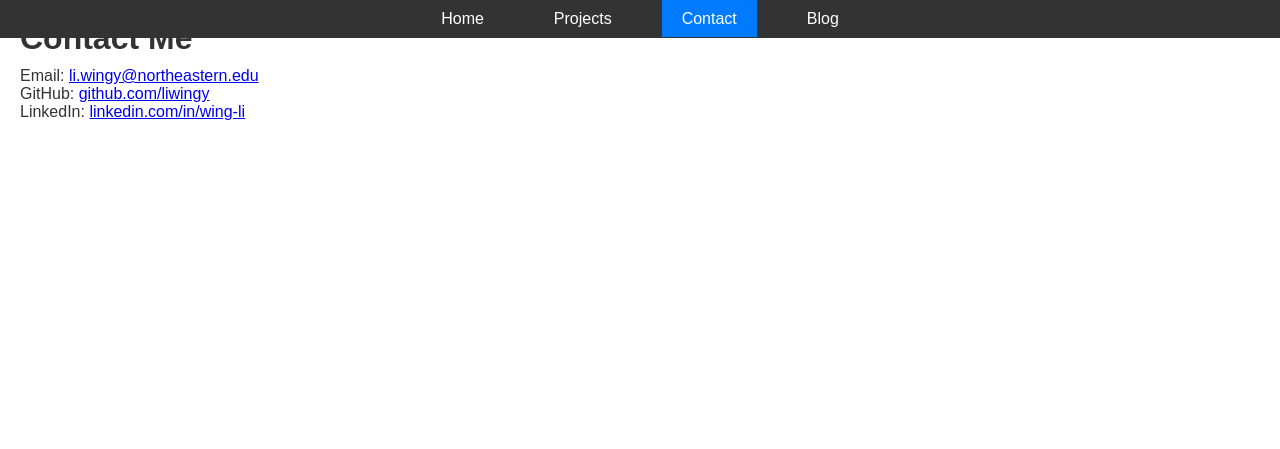
Repository: liwingy/cs5610_fall24_project1
Page: contact.html
The author's editor kept a copy of each file at every save. The page is drawn from the files as they stood at one save, then again after the next save.
The browser window is 1280 px wide. The pictures show the whole page.

Above is the page before, as saved 2024-10-07 15:13:55.

### contact.html
<!DOCTYPE html>
<html lang="en">
<head>
    <meta charset="UTF-8">
    <meta name="viewport" content="width=device-width, initial-scale=1.0">
    <title>Wing Yee Li | Contact</title>
    <link rel="stylesheet" href="style.css">
</head>
<body>
    <nav>
        <ul>
            <li><a href="homepage.html">Home</a></li>
            <li><a href="projects.html">Projects</a></li>
            <li><a href="contact.html" class="active">Contact</a></li>
            <li><a href="blog.html">Blog</a></li>
        </ul>
    </nav>
    <section class="contact">
        <h2>Contact Me</h2>
        <p>Email: <a href="mailto:li.wingy@northeastern.edu">li.wingy@northeastern.edu</a></p>
        <p>GitHub: <a href="https://github.com/liwingy" target="_blank">github.com/liwingy</a></p>
        <p>LinkedIn: <a href="https://linkedin.com/in/wing-li" target="_blank">linkedin.com/in/wing-li</a></p>
    </section>
</body>
</html>

### style.css
* {
    margin: 0;
    padding: 0;
    box-sizing: border-box;
    font-family: 'Arial', sans-serif;
}

body, html {
    height: 100%;
    margin: 0;
}

body {
    background-color: rgb(255, 255, 255);
    color: #333;
    display: flex;
    flex-direction: column;   /* Stack the content vertically */
    height: 100vh;            /* Make sure the body takes up the full viewport height */
}

main {
    display: flex;
    justify-content: center;
    align-items: center;
    flex-direction: column;
    height: 100%;
}

header {
    text-align: center;
}

.profile-pic {
    max-width: 150px;        /* Image will not exceed 150px width */
    height: auto;            /* Maintain aspect ratio */
    border-radius: 50%;
    display: block;
    margin: 20px auto;
}

nav {
    width: 100%;              /* Full width navigation bar */
    background-color: #333;    /* Background color for the navbar */
    position: fixed;          /* Keep the navbar fixed at the top */
    top: 0;
    left: 0;
    padding: 10px 0;          /* Add some padding for spacing */
    z-index: 1;               /* Ensure the navbar stays above other content */
}

nav ul {
    list-style: none;
    display: flex;            /* Display the list items in a row */
    justify-content: center;  /* Center the list items horizontally */
    margin: 0;
    padding: 0;
}

nav ul li {
    margin: 0 15px;           /* Space between each nav item */
}

nav ul li a {
    color: #fff;
    text-decoration: none;
    padding: 10px 20px;       /* Add padding around each link */
    transition: background-color 0.3s;
}

nav ul li a:hover {
    background-color: #555;   /* Change background color on hover */
}

.active {
    background-color: #007BFF; /* Style for the active page link */
}

h1 {
    font-size: 2.5rem;
    margin-top: 60px;        /* Add space from the navbar */
}

.about-me, .projects, .contact, .blog {
    margin: 20px;
}

h2 {
    font-size: 2rem;
    margin-bottom: 10px;
}

/* Responsive design */
@media screen and (max-width: 768px) {
    nav ul {
        flex-direction: column;  /* Stack the navbar links vertically on small screens */
        align-items: center;
    }

    nav ul li {
        margin: 10px 0;          /* Space out vertically in mobile view */
    }

    h1 {
        font-size: 1.8rem;
        margin-top: 100px;       /* Adjust spacing on small screens */
    }
}

After the next save:
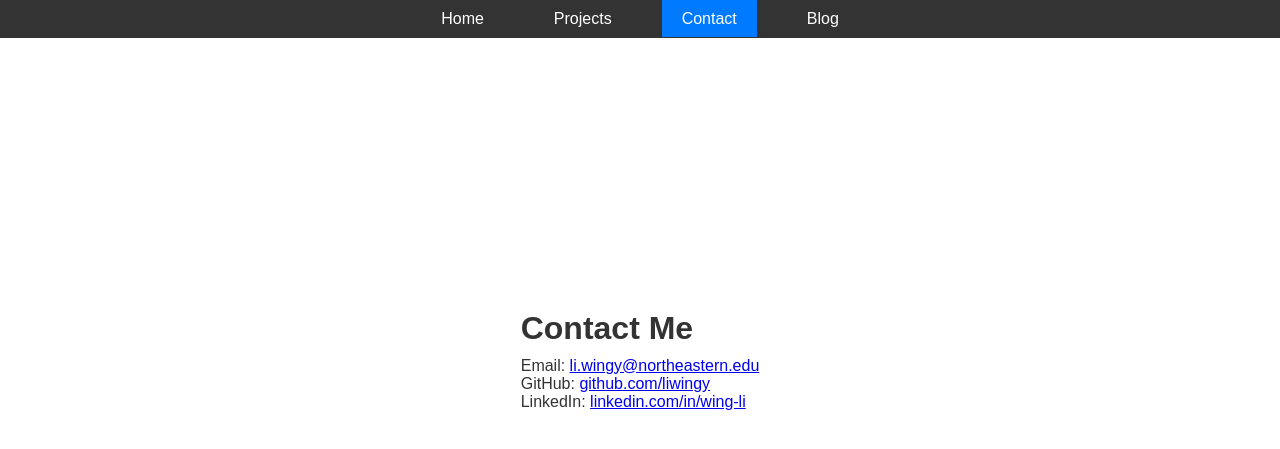
Saved 49 s later.
--- a/contact.html
+++ b/contact.html
@@ -15,11 +15,13 @@
             <li><a href="blog.html">Blog</a></li>
         </ul>
     </nav>
-    <section class="contact">
-        <h2>Contact Me</h2>
-        <p>Email: <a href="mailto:li.wingy@northeastern.edu">li.wingy@northeastern.edu</a></p>
-        <p>GitHub: <a href="https://github.com/liwingy" target="_blank">github.com/liwingy</a></p>
-        <p>LinkedIn: <a href="https://linkedin.com/in/wing-li" target="_blank">linkedin.com/in/wing-li</a></p>
-    </section>
+    <main>
+        <section class="contact">
+            <h2>Contact Me</h2>
+            <p>Email: <a href="mailto:li.wingy@northeastern.edu">li.wingy@northeastern.edu</a></p>
+            <p>GitHub: <a href="https://github.com/liwingy" target="_blank">github.com/liwingy</a></p>
+            <p>LinkedIn: <a href="https://linkedin.com/in/wing-li" target="_blank">linkedin.com/in/wing-li</a></p>
+        </section>
+    </main>
 </body>
 </html>
